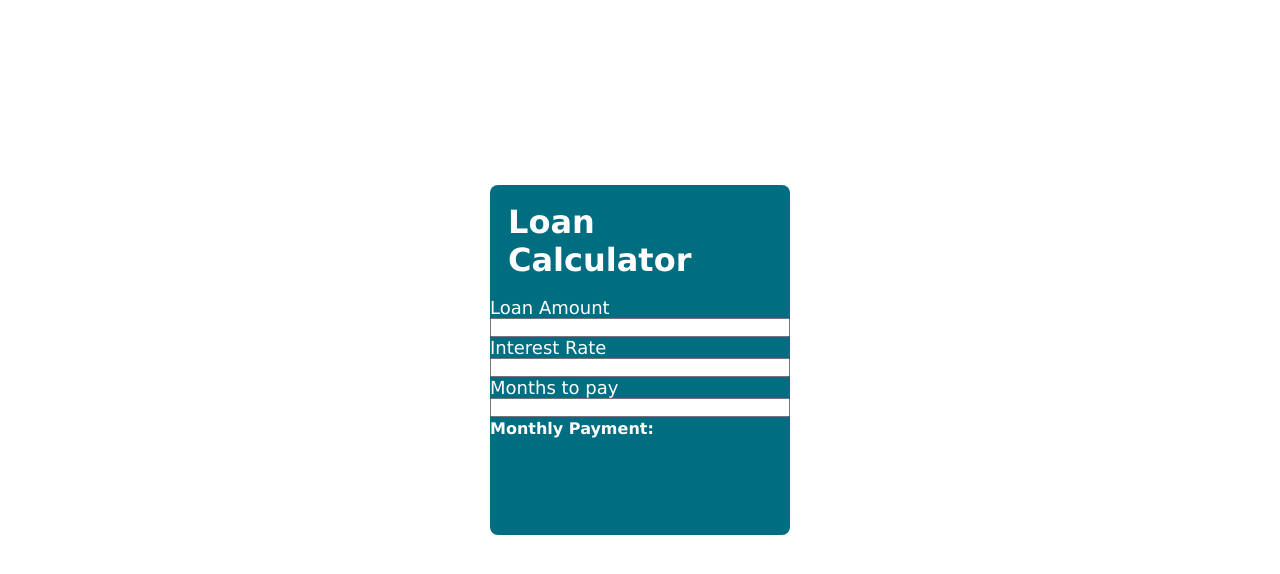
Repository: Ankitkr2021/Loan-Calculator
Page: index.html
These files come from the project's save history. The page is drawn as it stood at one moment and after the next save; the edit follows.
The browser window is 1280 px wide. The pictures show the whole page.

Above is the page before, as saved 2025-10-28 08:53:04.

### index.html
<!DOCTYPE html>
<html lang="en">
<head>
    <meta charset="UTF-8">
    <meta name="viewport" content="width=device-width, initial-scale=1.0">
    <title>Loan Calculator</title>
    <link rel="stylesheet" href="./style.css">
</head>
<body>
    <div class="box">
        <h1>Loan Calculator</h1>
        <span>Loan Amount</span>
        <input type="number">
        <span>Interest Rate</span>
        <input type="number">
        <span>Months to pay</span>
        <input type="number">
        <h4>Monthly Payment:<span></span></h4>
    </div>
</body>
</html>

### style.css
*{
    margin: 0;
    padding: 0;
    box-sizing: border-box;
    font-family:'Lucida Sans', 'Lucida Sans Regular', 'Lucida Grande', 'Lucida Sans Unicode', Geneva, Verdana, sans-serif;
}

body{
    display: flex;
    align-items: center;
    justify-content: center;
    height: 100vh;
    width: 100%;
}

.box{
    display: flex;
    flex-direction: column;
    background: rgb(0, 109, 128);
    color: #fff;
    height: 350px;
    width: 300px;
    border-radius: 8px;
}

h1{
    padding: 18px;
}

span {
   font-size: 18px;
}

input{

}

After the next save:
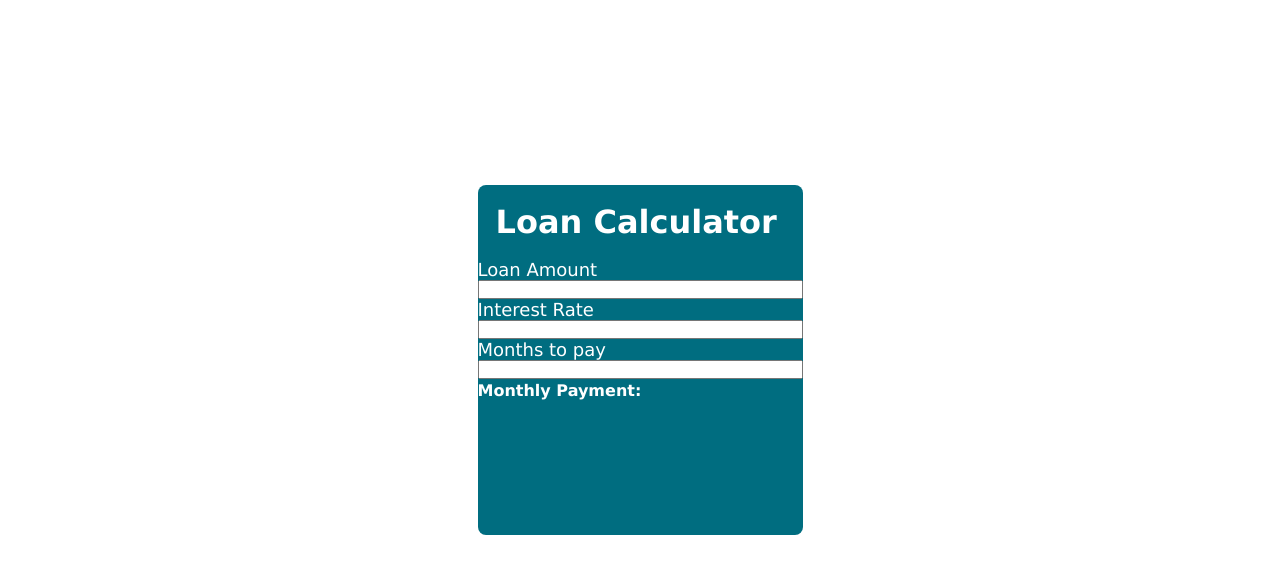
Saved 6 s later.
--- a/style.css
+++ b/style.css
@@ -19,7 +19,7 @@
     background: rgb(0, 109, 128);
     color: #fff;
     height: 350px;
-    width: 300px;
+    width: 325px;
     border-radius: 8px;
 }
 
